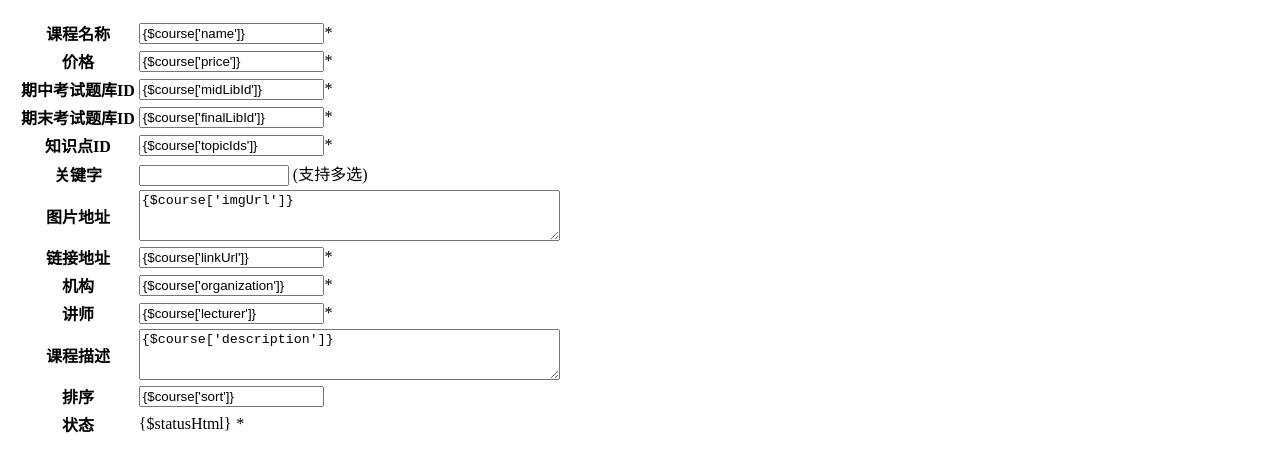
Repository: pridewu/hipi
Page: Education_dev_platform/branches/v1/Application/System/View/v1/Role/edit.html
These files come from the project's save history. The page is drawn as it stood at one moment and after the next save; the edit follows.
The browser window is 1280 px wide. The pictures show the whole page.

Above is the page before, as saved 2014-12-05 11:11:18.
Console error: ReferenceError: $ is not defined

### Education_dev_platform/branches/v1/Application/System/View/v1/Role/edit.html
<form id="edit_form" method="post" style="padding:10px">
<table class="editTable">
	<tr>
		<th>课程名称</th>
		<td>
			<input type="hidden" id="id" name="id" value="{$course['id']}"/>
			<input type="text" id="name" name="name" value="{$course['name']}"/><em>*</em>
		</td>
	<tr>
		<th>价格</th>
		<td>
			<input type="text" id="price" name="price" value="{$course['price']}"/><em>*</em>
		</td>
	</tr>
	<tr>
		<th>期中考试题库ID</th>
		<td>
			<input type="text" id="midLibId" name="midLibId" value="{$course['midLibId']}"/><em>*</em>
		</td>
	</tr>
	<tr>
		<th>期末考试题库ID</th>
		<td>
			<input type="text" id="finalLibId" name="finalLibId" value="{$course['finalLibId']}"/><em>*</em>
		</td>
	</tr>
	<tr>
		<th>知识点ID</th>
		<td>
			<input type="text" id="topicIds" name="topicIds" value="{$course['topicIds']}"/><em>*</em>
		</td>
	</tr>
	<tr><th>关键字</th><td>
		<input type="hidden" id="aakeys" name="keys" value="{$course['keys']}"/>
		<input id="combobox_keys"  class="easyui-combobox" data-options="valueField:'id',textField:'name'" style="width:150px" /> (支持多选)
	</td></tr>
	<tr>
		<th>图片地址</th>
		<td>
			<textarea name="imgUrl" id="imgUrl" cols="50" rows="3">{$course['imgUrl']}</textarea>
			<a href="#" class="easyui-linkbutton" iconCls="icon-add" plain="true"
				onclick="upfileDialog(1,'{$thumb}','课程图片：{$course[name]}',1,1,'#imgUrl','\r\n')"></a>
		</td>
	</tr>
	<tr>
		<th>链接地址</th>
		<td>
			<input type="text" id="linkUrl" name="linkUrl" value="{$course['linkUrl']}"/><em>*</em>
		</td>
	</tr>
	<tr>
		<th>机构</th>
		<td>
			<input type="text" id="organization" name="organization" value="{$course['organization']}"/><em>*</em>
		</td>
	</tr>
	<tr>
		<th>讲师</th>
		<td>
			<input type="text" id="lecturer" name="lecturer" value="{$course['lecturer']}"/><em>*</em>
		</td>
	</tr>
	<tr>
		<th>课程描述</th>
		<td>
			<textarea name="description" id="description" cols="50" rows="3">{$course['description']}</textarea>
		</td>
	</tr>
	<tr>
		<th>排序</th>
		<td><input type="text" id="sort" name="sort" value="{$course['sort']}"/></td>
	</tr>
	<tr><th>状态</th><td>{$statusHtml} <em>*</em></td></tr>
</table>
</form>

<script>
$(function(){

	/* 龄段多选框  */
	$("#combobox_stage").combobox({
		multiple:true,
		separator:',',
		onSelect: function(){
			var vals = $("#combobox_stage").combobox('getValues');
			$("#aastage").val(vals);
		},
		onUnselect:function(){
			var vals = $("#combobox_stage").combobox('getValues');
			$("#aastage").val(vals)
		},
		onLoadSuccess: function(){
			$("#combobox_stage").combobox("setValues","{$course['stage']}".split(','));
		},
	}).combobox('reload',"{:U('Course/load')}" + "?type=stage");

	/* 关键字多选框  */
	$("#combobox_keys").combobox({
		multiple:true,
		separator:',',
		onSelect: function(){
			var vals = $("#combobox_keys").combobox('getValues');
			$("#aakeys").val(vals);
		},
		onUnselect:function(){
			var vals = $("#combobox_keys").combobox('getValues');
			$("#aakeys").val(vals)
		},
		onLoadSuccess: function(){
			$("#combobox_keys").combobox("setValues","{$course['keys']}".split(','));
		},
	}).combobox('reload',"{:U('Course/load')}" + "?type=key");

});

</script>

After the next save:
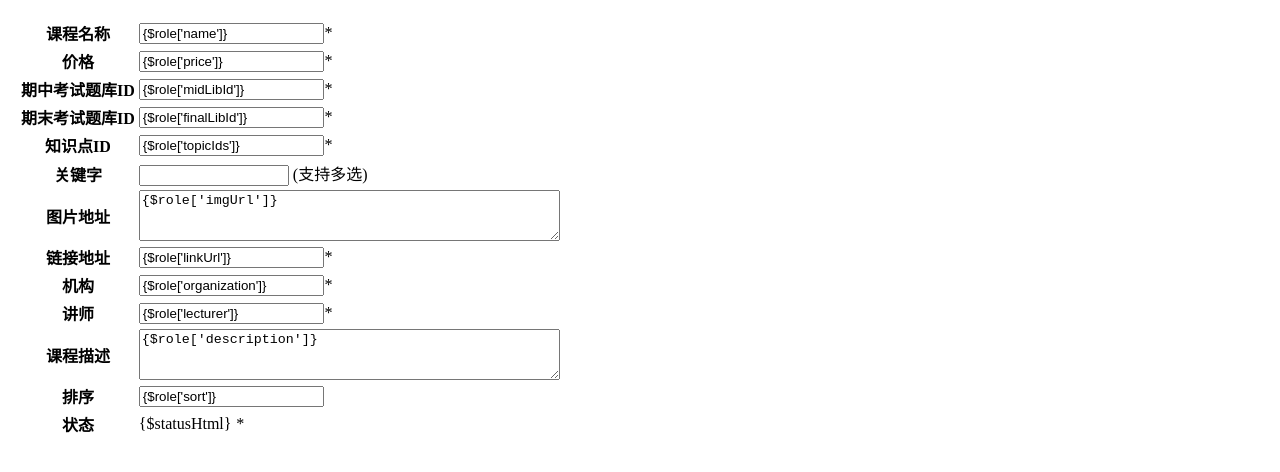
Saved 6 min 59 s later.
--- a/Education_dev_platform/branches/v1/Application/System/View/v1/Role/edit.html
+++ b/Education_dev_platform/branches/v1/Application/System/View/v1/Role/edit.html
@@ -3,72 +3,72 @@
 	<tr>
 		<th>课程名称</th>
 		<td>
-			<input type="hidden" id="id" name="id" value="{$course['id']}"/>
-			<input type="text" id="name" name="name" value="{$course['name']}"/><em>*</em>
+			<input type="hidden" id="id" name="id" value="{$role['id']}"/>
+			<input type="text" id="name" name="name" value="{$role['name']}"/><em>*</em>
 		</td>
 	<tr>
 		<th>价格</th>
 		<td>
-			<input type="text" id="price" name="price" value="{$course['price']}"/><em>*</em>
+			<input type="text" id="price" name="price" value="{$role['price']}"/><em>*</em>
 		</td>
 	</tr>
 	<tr>
 		<th>期中考试题库ID</th>
 		<td>
-			<input type="text" id="midLibId" name="midLibId" value="{$course['midLibId']}"/><em>*</em>
+			<input type="text" id="midLibId" name="midLibId" value="{$role['midLibId']}"/><em>*</em>
 		</td>
 	</tr>
 	<tr>
 		<th>期末考试题库ID</th>
 		<td>
-			<input type="text" id="finalLibId" name="finalLibId" value="{$course['finalLibId']}"/><em>*</em>
+			<input type="text" id="finalLibId" name="finalLibId" value="{$role['finalLibId']}"/><em>*</em>
 		</td>
 	</tr>
 	<tr>
 		<th>知识点ID</th>
 		<td>
-			<input type="text" id="topicIds" name="topicIds" value="{$course['topicIds']}"/><em>*</em>
+			<input type="text" id="topicIds" name="topicIds" value="{$role['topicIds']}"/><em>*</em>
 		</td>
 	</tr>
 	<tr><th>关键字</th><td>
-		<input type="hidden" id="aakeys" name="keys" value="{$course['keys']}"/>
+		<input type="hidden" id="aakeys" name="keys" value="{$role['keys']}"/>
 		<input id="combobox_keys"  class="easyui-combobox" data-options="valueField:'id',textField:'name'" style="width:150px" /> (支持多选)
 	</td></tr>
 	<tr>
 		<th>图片地址</th>
 		<td>
-			<textarea name="imgUrl" id="imgUrl" cols="50" rows="3">{$course['imgUrl']}</textarea>
+			<textarea name="imgUrl" id="imgUrl" cols="50" rows="3">{$role['imgUrl']}</textarea>
 			<a href="#" class="easyui-linkbutton" iconCls="icon-add" plain="true"
-				onclick="upfileDialog(1,'{$thumb}','课程图片：{$course[name]}',1,1,'#imgUrl','\r\n')"></a>
+				onclick="upfileDialog(1,'{$thumb}','课程图片：{$role[name]}',1,1,'#imgUrl','\r\n')"></a>
 		</td>
 	</tr>
 	<tr>
 		<th>链接地址</th>
 		<td>
-			<input type="text" id="linkUrl" name="linkUrl" value="{$course['linkUrl']}"/><em>*</em>
+			<input type="text" id="linkUrl" name="linkUrl" value="{$role['linkUrl']}"/><em>*</em>
 		</td>
 	</tr>
 	<tr>
 		<th>机构</th>
 		<td>
-			<input type="text" id="organization" name="organization" value="{$course['organization']}"/><em>*</em>
+			<input type="text" id="organization" name="organization" value="{$role['organization']}"/><em>*</em>
 		</td>
 	</tr>
 	<tr>
 		<th>讲师</th>
 		<td>
-			<input type="text" id="lecturer" name="lecturer" value="{$course['lecturer']}"/><em>*</em>
+			<input type="text" id="lecturer" name="lecturer" value="{$role['lecturer']}"/><em>*</em>
 		</td>
 	</tr>
 	<tr>
 		<th>课程描述</th>
 		<td>
-			<textarea name="description" id="description" cols="50" rows="3">{$course['description']}</textarea>
+			<textarea name="description" id="description" cols="50" rows="3">{$role['description']}</textarea>
 		</td>
 	</tr>
 	<tr>
 		<th>排序</th>
-		<td><input type="text" id="sort" name="sort" value="{$course['sort']}"/></td>
+		<td><input type="text" id="sort" name="sort" value="{$role['sort']}"/></td>
 	</tr>
 	<tr><th>状态</th><td>{$statusHtml} <em>*</em></td></tr>
 </table>
@@ -90,9 +90,9 @@ $(function(){
 			$("#aastage").val(vals)
 		},
 		onLoadSuccess: function(){
-			$("#combobox_stage").combobox("setValues","{$course['stage']}".split(','));
+			$("#combobox_stage").combobox("setValues","{$role['stage']}".split(','));
 		},
-	}).combobox('reload',"{:U('Course/load')}" + "?type=stage");
+	}).combobox('reload',"{:U('role/load')}" + "?type=stage");
 
 	/* 关键字多选框  */
 	$("#combobox_keys").combobox({
@@ -107,9 +107,9 @@ $(function(){
 			$("#aakeys").val(vals)
 		},
 		onLoadSuccess: function(){
-			$("#combobox_keys").combobox("setValues","{$course['keys']}".split(','));
+			$("#combobox_keys").combobox("setValues","{$role['keys']}".split(','));
 		},
-	}).combobox('reload',"{:U('Course/load')}" + "?type=key");
+	}).combobox('reload',"{:U('role/load')}" + "?type=key");
 
 });
 
